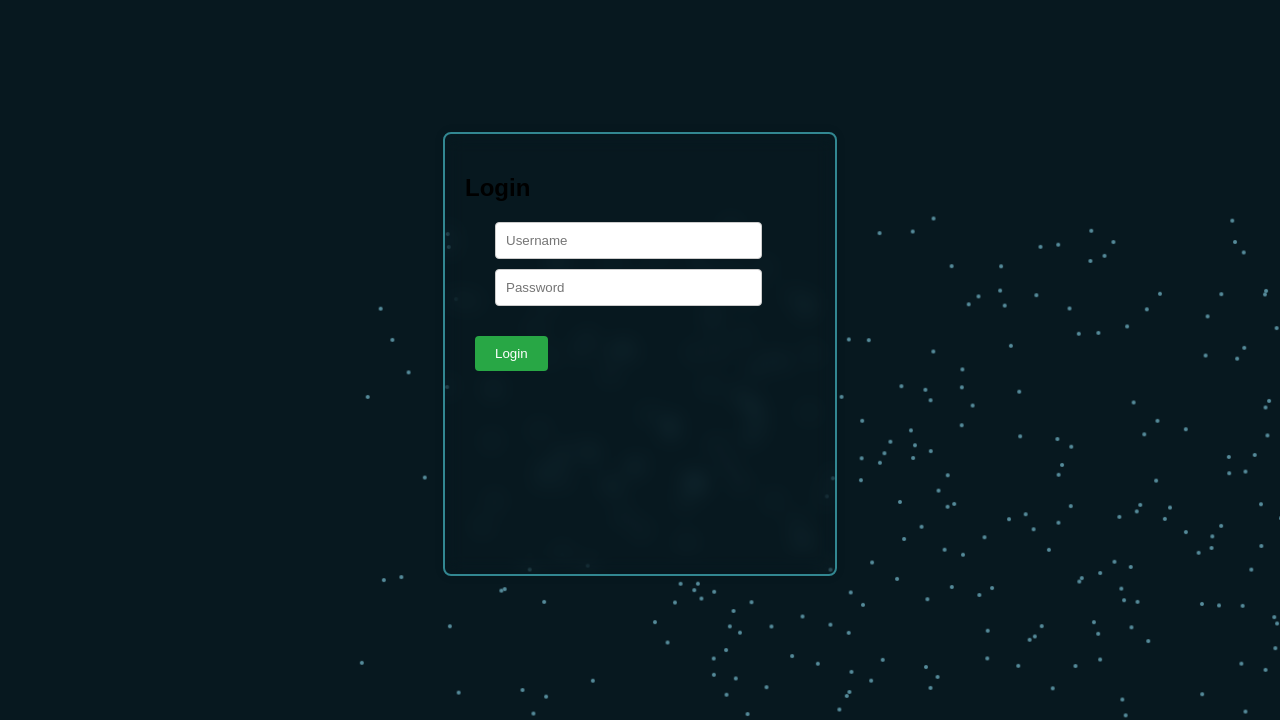
Repository: Anadi-Chauhan/Mentorship-binarybuddy
Page: login.html
An editor plug-in stored every save of this project. The page is shown before and after the next save, followed by the edit.
The browser window is 1280 px wide. The pictures show the whole page.

Above is the page before, as saved 2024-10-19 10:24:05.

### login.html
<!DOCTYPE html>
<html lang="en">
<head>
    <meta charset="UTF-8">
    <meta name="viewport" content="width=device-width, initial-scale=1.0">
    <title>Login Example</title>
    <link rel="stylesheet" href="stars.css">
    <link rel="stylesheet" href="login.css">
</head>
<body>
    <div id="stars"></div>
    <div class="container">
        <div id="login-form">
            <h2>Login</h2>
            <input type="text" id="username" placeholder="Username" required>
            <input type="password" id="password" placeholder="Password" required>
            <button onclick="login()">Login</button>
            <p id="login-error"></p>
        </div>

        <div id="welcome-section" style="display: none;">
            <h2>Welcome, <span id="user-name"></span>!</h2>
            <button onclick="logout()">Logout</button>
        </div>
    </div>

    <script src="stars.js" ></script>
    <script src="login.js"></script>
</body>
</html>

### stars.css
#stars {
    position: sticky;
    top: 0;
    left: 0;
    width: 100%;
    height: 100%;
}

.star {
    position: fixed;
    background: rgb(86, 140, 155);
    width: 4px;
    height: 4px;
    border-radius: 50%;
    animation: moveStar linear infinite;
}
@keyframes moveStar {
    0% {
        transform: translate(0, 0);
    }
    100% {
        transform: translate(calc(100vw * 0.5), calc(100vh * 0.5));
    }
}

### login.css
body {
    font-family: Arial, sans-serif;
    display: grid;
    justify-content: center;
    align-items: center;
    background-color: #f0f0f0;
    margin: 0;
    border: 2px solid color(srgb 0.0264 0.0958 0.1204);
    background-color: color(srgb 0.0264 0.0958 0.1204);
}

.container {
    -webkit-backdrop-filter: blur(2px);
    backdrop-filter: blur(10px);
    border: 2px solid color(srgb 0.1966 0.5303 0.57);
    margin-top: 130px;
    z-index: 10;
    width: 350px;
    height: 400px;
    padding: 20px;
    border-radius: 8px;
    box-shadow: 0 0 10px rgba(0, 0, 0, 0.1);
}

input {
    display: block;
    margin: 10px 0;
    padding: 10px;
    width: 70%;
    margin-top: 10px;
    margin-left: 30px;
    border: 1px solid #ccc;
    border-radius: 4px;
}

button {
    padding: 10px 20px;
    background-color: #28a745;
    margin-top: 20px;
    margin-left: 10px;
    color: white;
    border: none;
    border-radius: 4px;
    cursor: pointer;
}

button:hover {
    background-color: #218838;
}

#error {
    color: red;
}

### stars.js
// Number of stars to create
const numStars = 600;
// Generate stars
for (let i = 0; i < numStars; i++) {
    const star = document.createElement('div');
    star.className = 'star';
    star.style.top = `${Math.random() * 100}%`;
    star.style.left = `${Math.random() * 100}%`;
    star.style.animationDuration = `${Math.random() * 5 + 5}s`; // Randomize animation duration
    star.style.animationDelay = `${Math.random() * 0}s`; // Randomize animation delay
    document.getElementById('stars').appendChild(star);
}

### login.js
// Script to handle login and logout
function login() {
    const username = document.getElementById("username").value;
    const password = document.getElementById("password").value;

    if (username === "admin" && password === "1234") {
        document.getElementById("login-form").style.display = "none";
        document.getElementById("welcome-section").style.display = "block";
        document.getElementById("user-name").textContent = username;
        document.getElementById("login-error").textContent = "";
        window.location.href = "./index.html";
    } else {
        document.getElementById("login-error").textContent = "Invalid credentials!";
    }
}

function logout() {
    document.getElementById("login-form").style.display = "block";
    document.getElementById("welcome-section").style.display = "none";
    document.getElementById("username").value = "";
    document.getElementById("password").value = "";
}

After the next save:
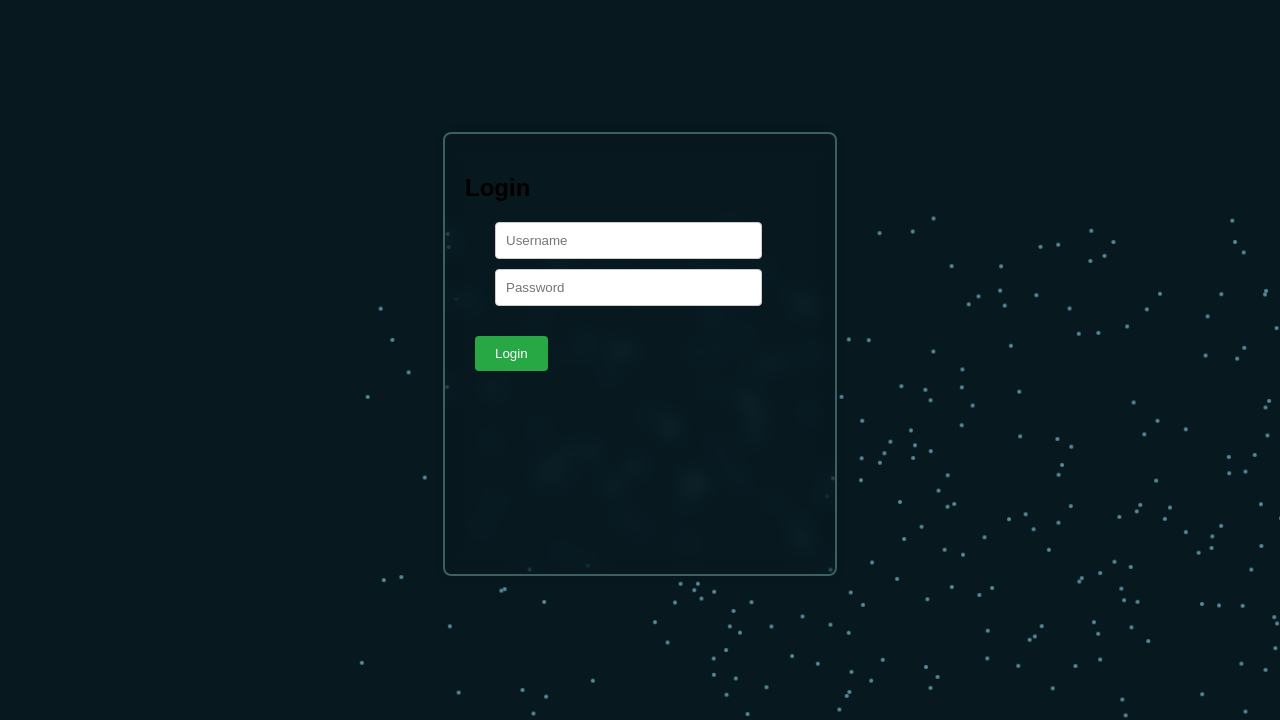
Saved 22 s later.
--- a/login.css
+++ b/login.css
@@ -12,7 +12,7 @@ body {
 .container {
     -webkit-backdrop-filter: blur(2px);
     backdrop-filter: blur(10px);
-    border: 2px solid color(srgb 0.1966 0.5303 0.57);
+    border: 2px solid rgb(60, 95, 95);
     margin-top: 130px;
     z-index: 10;
     width: 350px;
